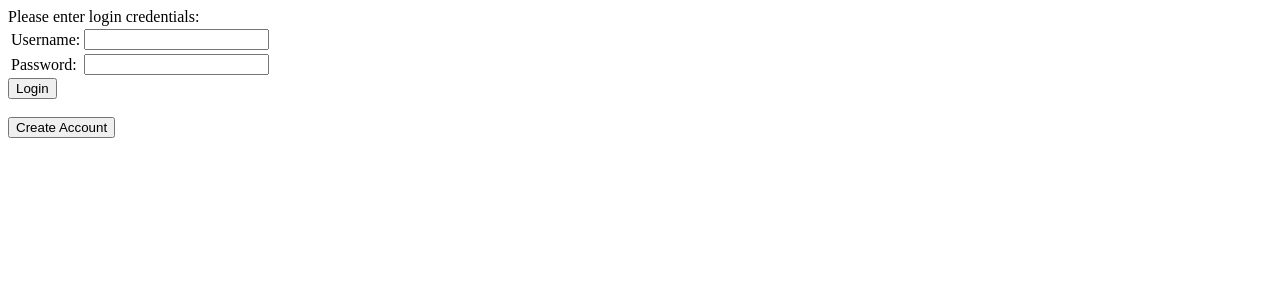
Repository: Kevin-Zhang-0/cs336Project
Page: http://localhost/cs336Sample/
The author's editor kept a copy of each file at every save. The page is drawn from the files as they stood at one save, then again after the next save.
The browser window is 1280 px wide. The pictures show the whole page.
The page is served by Tomcat 9. Other server files are loaded and not shown.

Above is the page before, as saved 2022-05-04 03:07:50.

### cs336Sample/src/main/webapp/loginPage.jsp
<%@ page language="java" contentType="text/html; charset=ISO-8859-1"
    pageEncoding="ISO-8859-1" import="com.cs336.pkg.*"%>
<%@ page import="java.io.*,java.util.*,java.sql.*"%>
<%@ page import="javax.servlet.http.*,javax.servlet.*" %>


<!DOCTYPE html PUBLIC "-//W3C//DTD HTML 4.01 Transitional//EN" "http://www.w3.org/TR/html4/loose.dtd">
<html>
	<head>
		<meta http-equiv="Content-Type" content="text/html; charset=ISO-8859-1">
		<title>User Login</title>
	</head>

	<body>



	Please enter login credentials:
	<br>
		<form method="post" action="loginLogic.jsp">
			<table>
				<tr>
					<td>Username:</td><td><input type="text" name="username"></td>
				</tr>
				<tr>
					<td>Password:</td><td><input type="text" name="password"></td>
				</tr>
			</table>
			<input type="submit" value="Login">
		</form>
	<br>


	<form method="get" action="createAccount.jsp">

		<input type="submit" value="Create Account">

	</form>





</body>
</html>

After the next save:
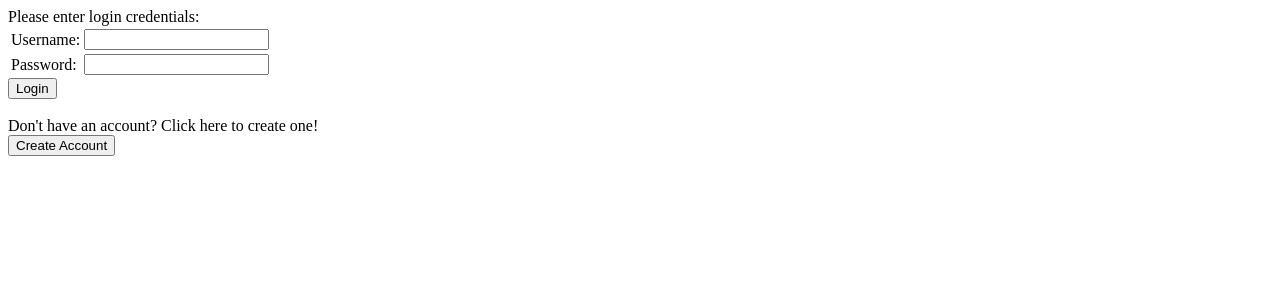
Saved 22 s later.
--- a/cs336Sample/src/main/webapp/loginPage.jsp
+++ b/cs336Sample/src/main/webapp/loginPage.jsp
@@ -31,6 +31,8 @@
 	<br>
 
 
+	Don't have an account? Click here to create one!
+
 	<form method="get" action="createAccount.jsp">
 
 		<input type="submit" value="Create Account">
